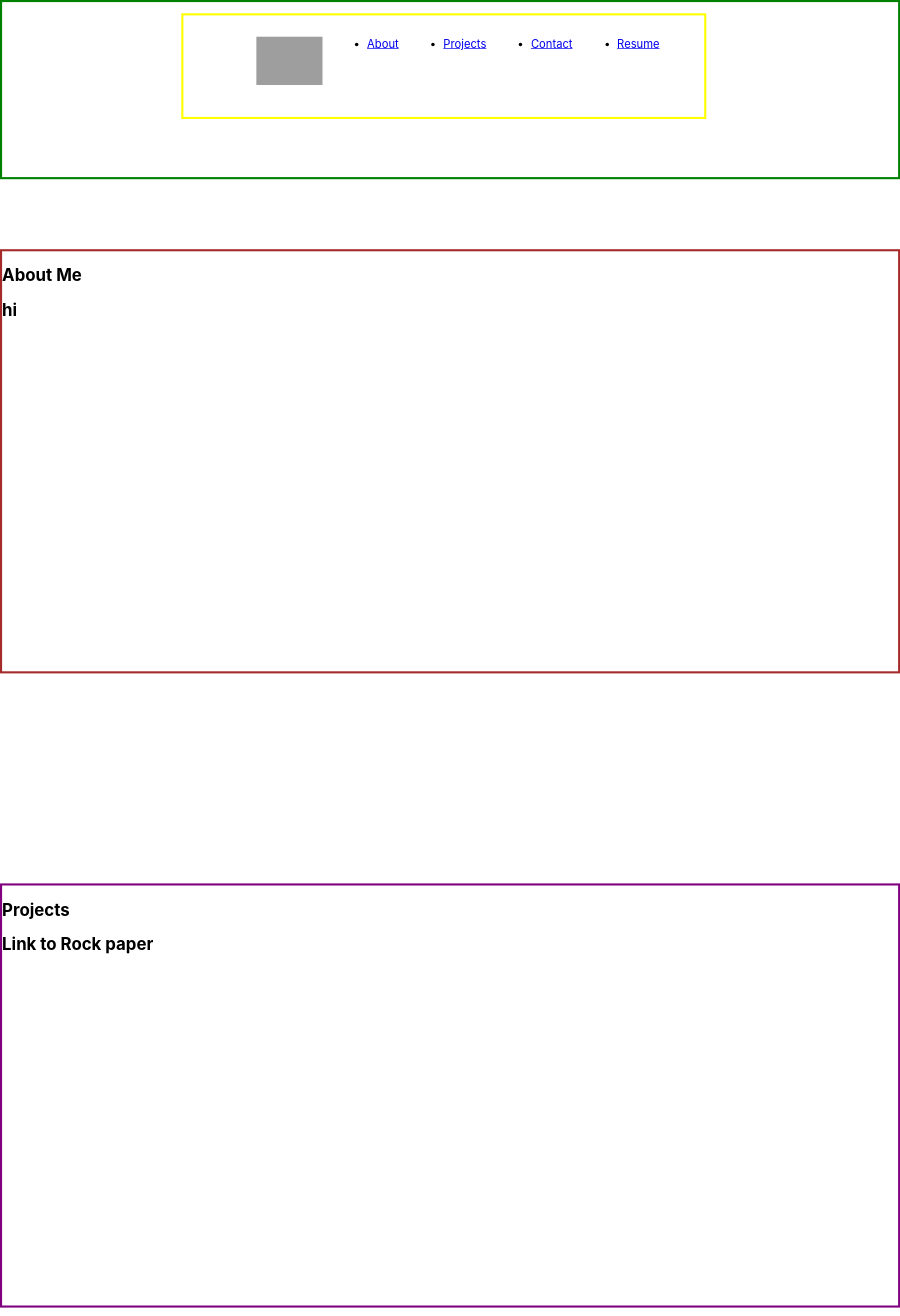
Repository: JohnDunst/portfolioprojecttwo
Page: /
These files come from the project's save history. The page is drawn as it stood at one moment and after the next save; the edit follows.
The browser window is 1280 px wide. The page is 1286 px wide, so the pictures cover 1286 px, including what lies to the right of the window. The pictures show the part of the page from y = 0 to 1880 px (the page is 2774 px tall), at 70% of full size.
Pictures or frames that could not be fetched are drawn as grey boxes. The project was rebuilt for these pictures with package versions that can differ from the ones it lists, and the page was loaded fresh each time. Also part of the build but not shown: src/Detail.js, src/Api.js. Imported but missing from the stored project, and not drawn on this page: src/assets/Dunst Resume.pdf.

Above is the page before, as saved 2023-08-05 19:22:01.

After the next save:
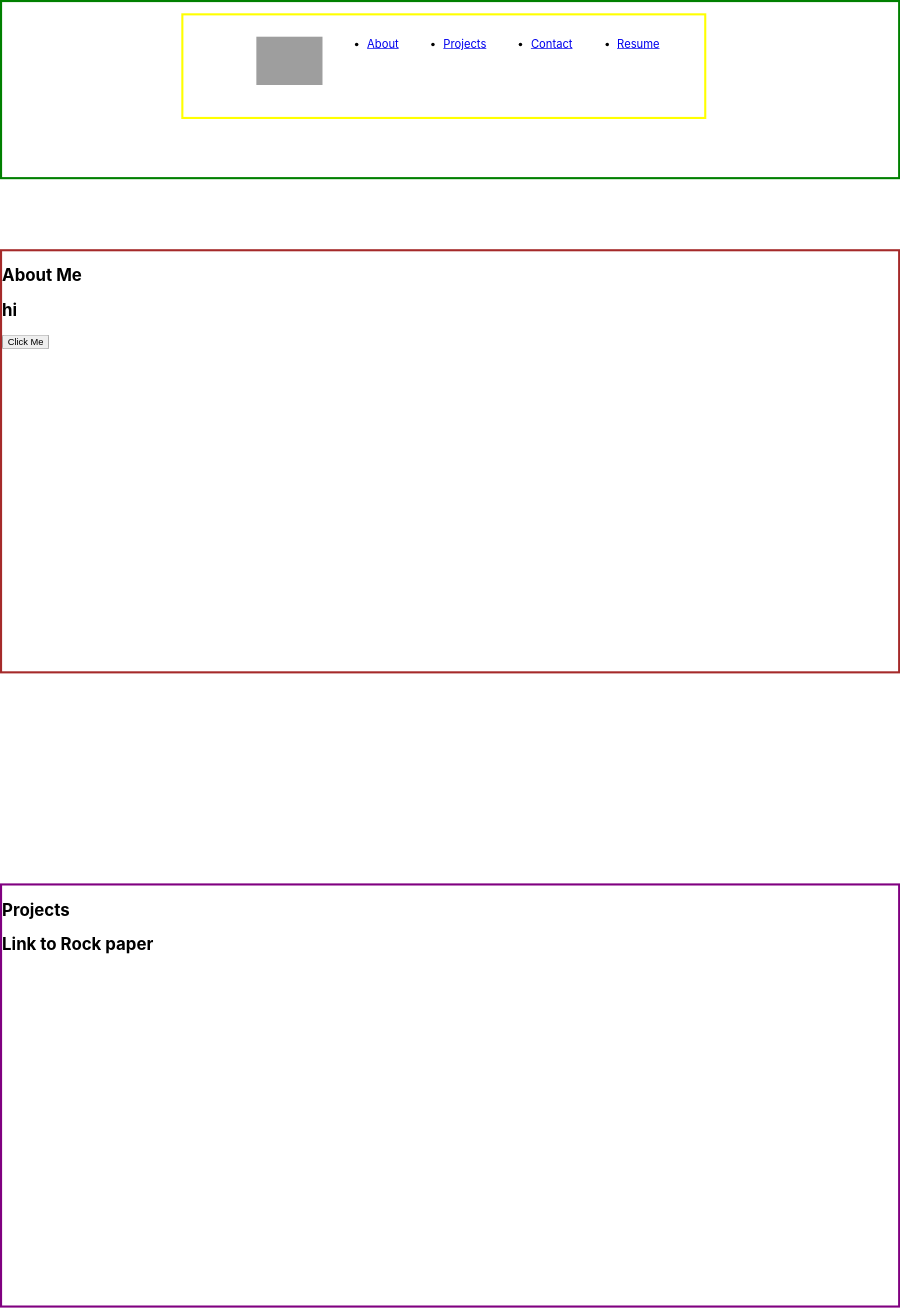
Saved 4 s later.
--- a/src/components/About.jsx
+++ b/src/components/About.jsx
@@ -55,6 +55,9 @@
 <h2>About Me</h2>
       <div>
           <h1> hi </h1>
+          <div>
+        <button onClick={handleClick}>Click Me</button>
+      </div>
 
 
       </div>

After the save that followed:
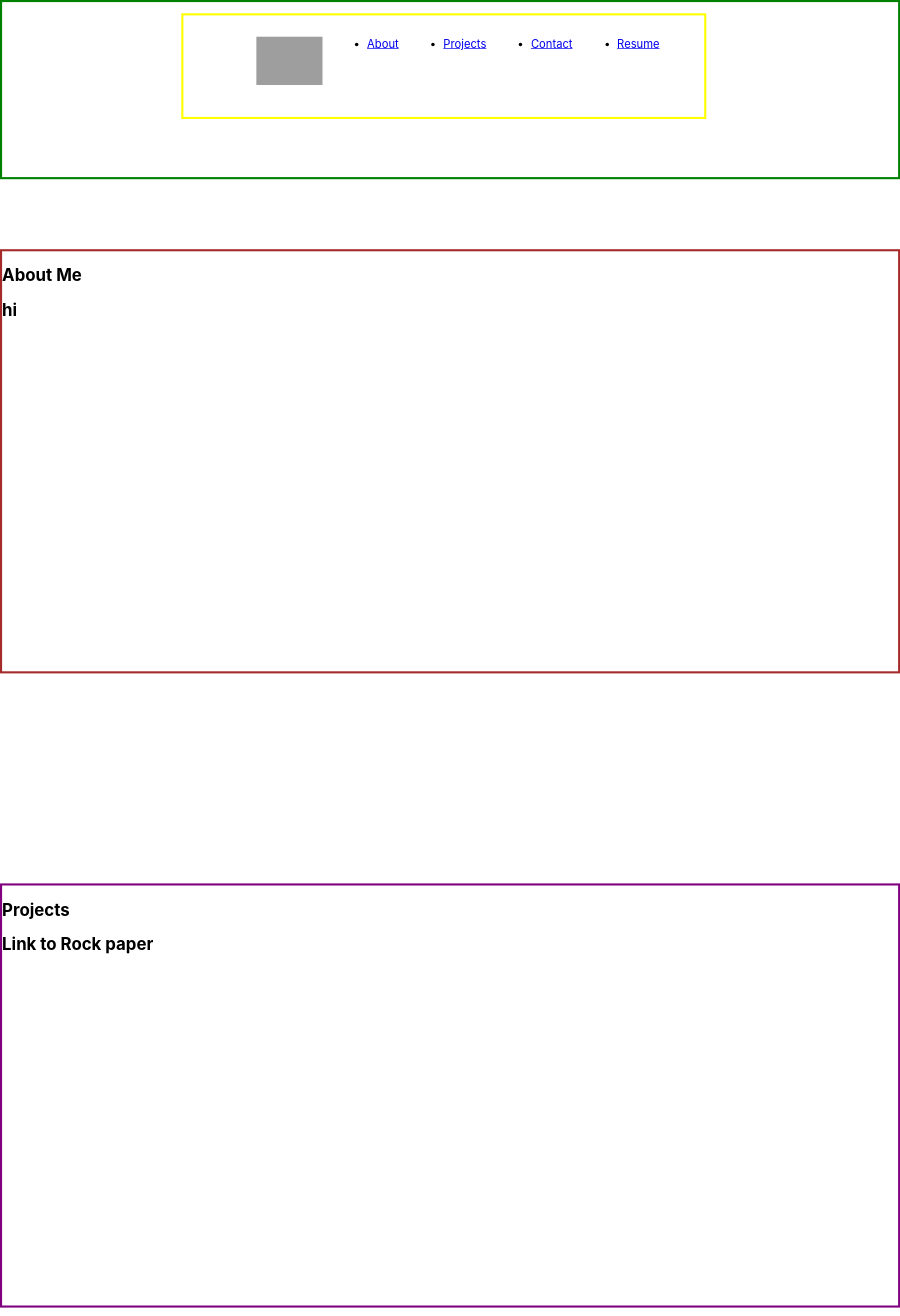
Saved 36 s later.
--- a/src/components/About.jsx
+++ b/src/components/About.jsx
@@ -55,10 +55,6 @@
 <h2>About Me</h2>
       <div>
           <h1> hi </h1>
-          <div>
-        <button onClick={handleClick}>Click Me</button>
-      </div>
-
 
       </div>
 </section>
